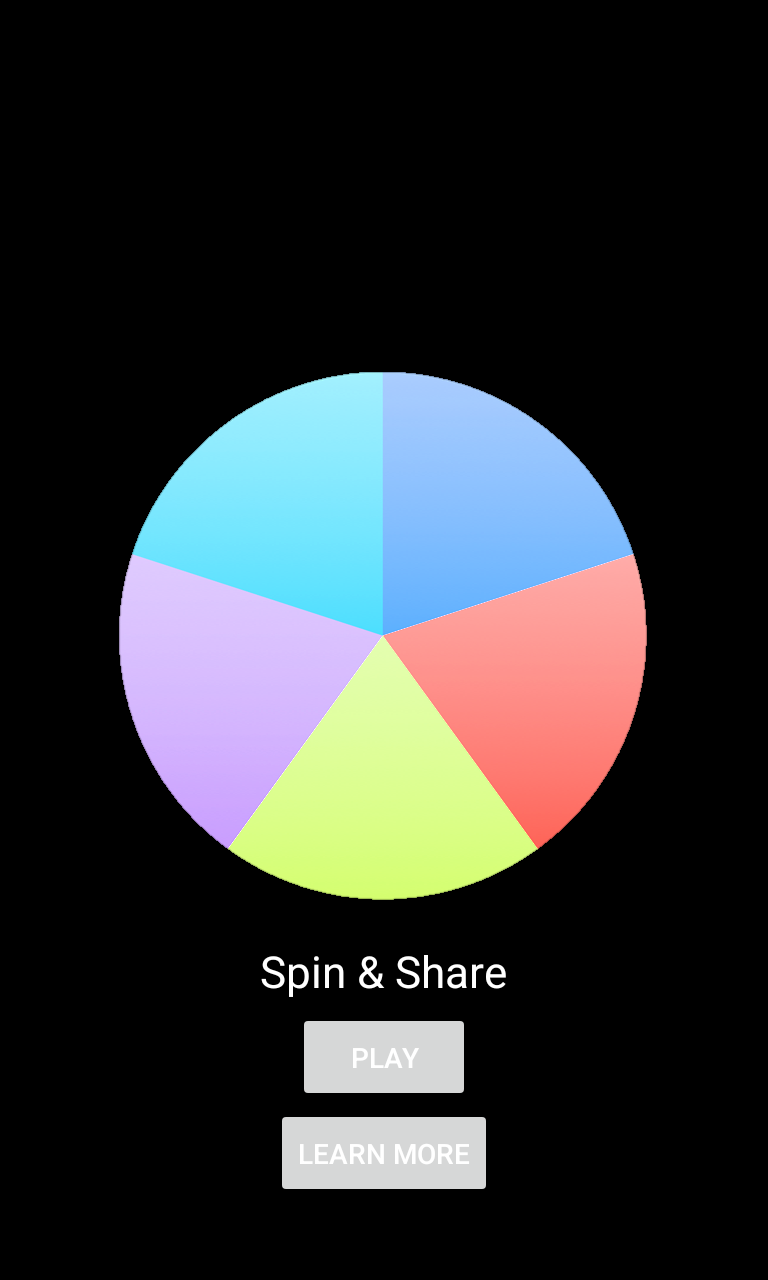
Repository: nkarthikeyan/SpinShare
Layout: SpinShareV1/res/layout/fragment_main.xml
These files come from the project's save history. The layout is drawn as it stood at one moment and after the next save; the edit follows.
It is drawn on a 768 x 1280 px phone screen (xhdpi) without system bars, with theme AppTheme; the app's code is not run.

Above is the layout before, as saved 2015-07-07 14:16:53.

After the next save:
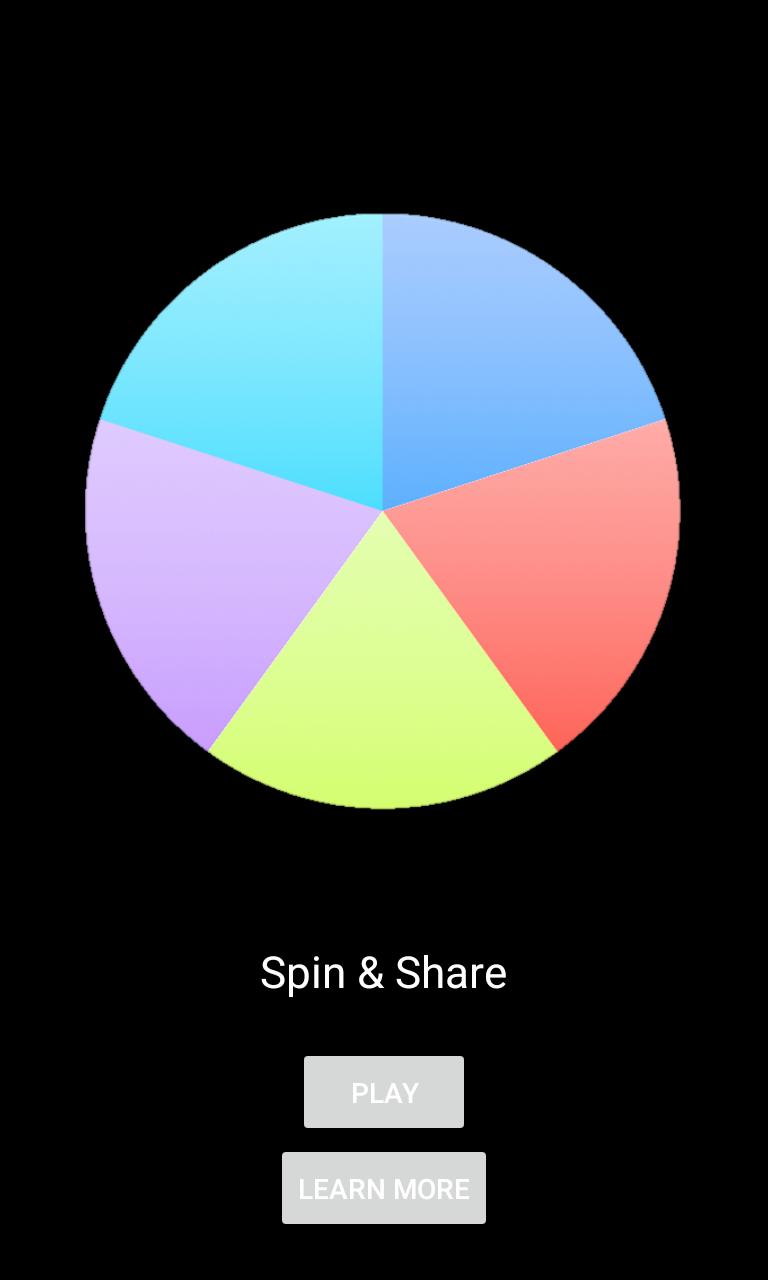
Saved 3 min 31 s later.
--- a/SpinShareV1/res/layout/fragment_main.xml
+++ b/SpinShareV1/res/layout/fragment_main.xml
@@ -20,13 +20,23 @@
         android:textAppearance="?android:attr/textAppearanceLarge"
         android:textColor="#ffffff" />
 
+    <ImageView
+        android:id="@+id/wheel"
+        android:layout_width="wrap_content"
+        android:layout_height="wrap_content"
+        android:layout_alignBottom="@+id/Spin"
+        android:layout_alignParentLeft="true"
+        android:layout_alignParentRight="true"
+        android:layout_alignParentTop="true"
+        android:src="@drawable/wheel" />
+
     <Button
         android:id="@+id/Play"
         android:layout_width="wrap_content"
         android:layout_height="wrap_content"
-        android:layout_alignTop="@+id/Spin"
+        android:layout_below="@+id/wheel"
         android:layout_centerHorizontal="true"
-        android:layout_marginTop="34dp"
+        android:layout_marginTop="22dp"
         android:text="Play"
         android:textColor="#ffffff" />
 
@@ -40,12 +50,4 @@
         android:text="Learn More"
         android:textColor="#ffffff" />
 
-    <ImageView
-        android:id="@+id/imageView1"
-        android:layout_width="wrap_content"
-        android:layout_height="match_parent"
-        android:layout_alignParentTop="true"
-        android:layout_centerHorizontal="true"
-        android:src="@drawable/wheel" />
-
 </RelativeLayout>
